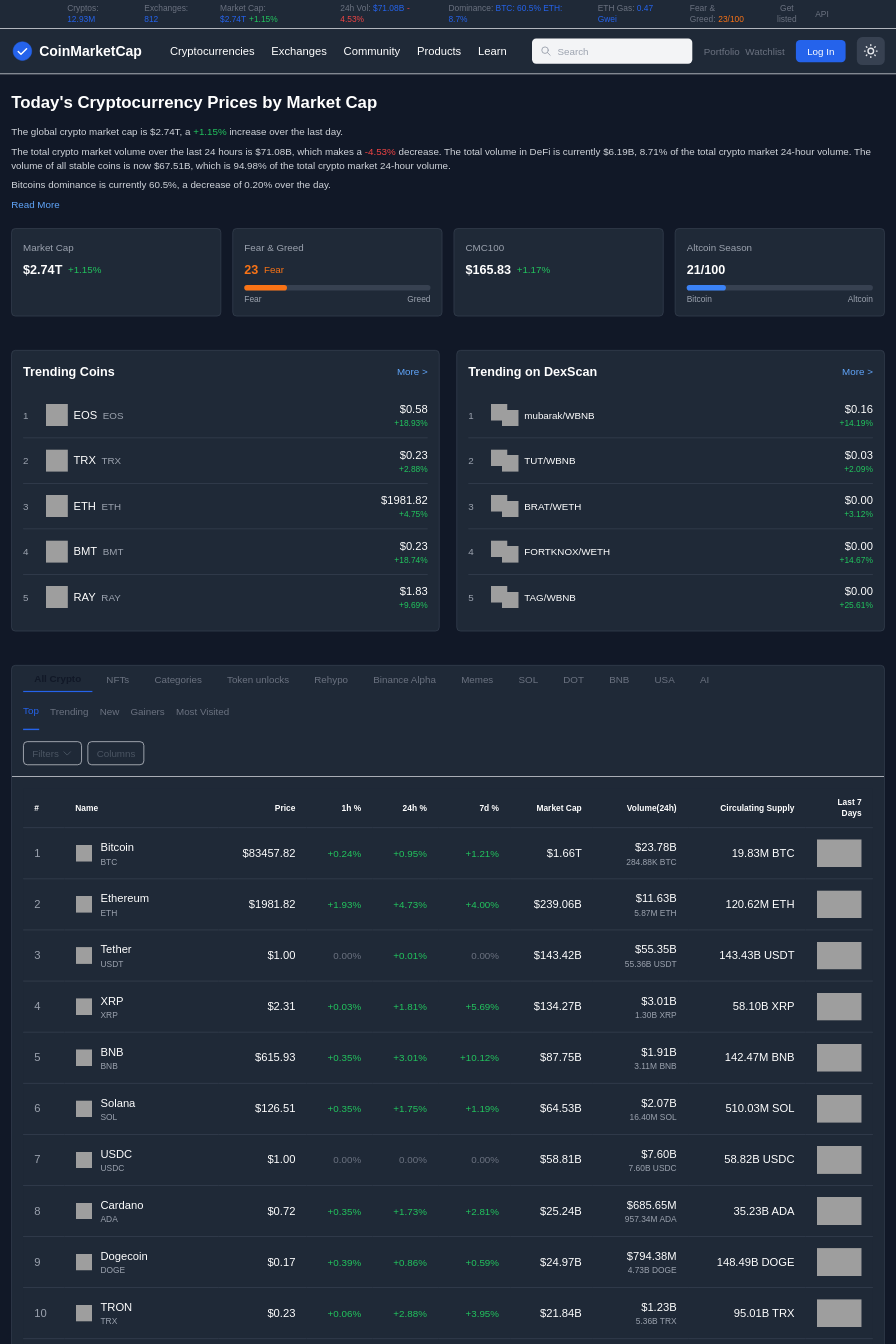
Repository: halilhaninan/testcmc
Page: /
These files come from the project's save history. The page is drawn as it stood at one moment and after the next save; the edit follows.
The browser window is 1280 px wide. The pictures show the part of the page from y = 0 to 1920 px (the page is 2883 px tall), at 70% of full size.
Pictures or frames that could not be fetched are drawn as grey boxes. The project was rebuilt for these pictures with package versions that can differ from the ones it lists, and the page was loaded fresh each time. Also part of the build but not shown: vite.config.ts.

Above is the page before, as saved 2025-04-07 20:43:31.

After the next save:
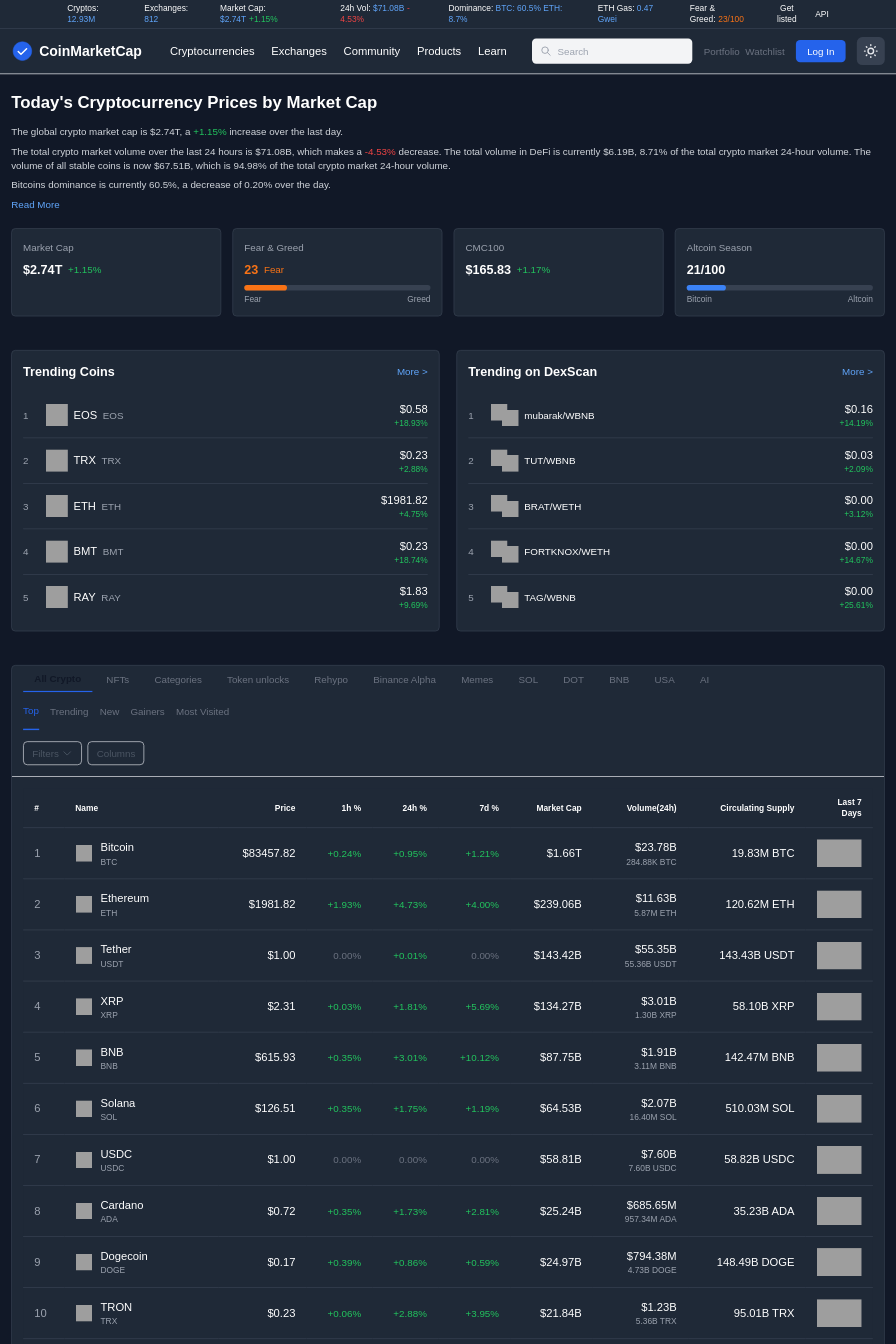
Saved 24 s later.
--- a/src/components/layout/Header.tsx
+++ b/src/components/layout/Header.tsx
@@ -8,18 +8,18 @@
   return (
     <header className="w-full border-b border-gray-200 bg-white shadow-sm transition-colors duration-200 dark:bg-gray-800">
       {/* Top Bar with Stats */}
-      <div className="hidden border-b border-gray-100 px-4 py-1 text-xs text-gray-500 md:block">
+      <div className="hidden border-b border-gray-100 px-4 py-1 text-xs text-gray-500 dark:border-gray-700 dark:text-white md:block">
         <div className="container mx-auto flex items-center justify-between">
           <div className="flex space-x-6">
             <div>
-              Cryptos: <span className="text-blue-600">12.93M</span>
-            </div>
-            <div>
-              Exchanges: <span className="text-blue-600">812</span>
+              Cryptos: <span className="text-blue-600 dark:text-blue-400">12.93M</span>
+            </div>
+            <div>
+              Exchanges: <span className="text-blue-600 dark:text-blue-400">812</span>
             </div>
             <div>
               Market Cap:{" "}
-              <span className="text-blue-600">
+              <span className="text-blue-600 dark:text-blue-400">
                 ${(globalStats.totalMarketCap / 1e12).toFixed(2)}T
               </span>
               <span
@@ -31,7 +31,7 @@
             </div>
             <div>
               24h Vol:{" "}
-              <span className="text-blue-600">
+              <span className="text-blue-600 dark:text-blue-400">
                 ${(globalStats.total24hVolume / 1e9).toFixed(2)}B
               </span>
               <span
@@ -43,12 +43,12 @@
             </div>
             <div>
               Dominance:{" "}
-              <span className="text-blue-600">
+              <span className="text-blue-600 dark:text-blue-400">
                 BTC: {globalStats.btcDominance}% ETH: {globalStats.ethDominance}%
               </span>
             </div>
             <div>
-              ETH Gas: <span className="text-blue-600">0.47 Gwei</span>
+              ETH Gas: <span className="text-blue-600 dark:text-blue-400">0.47 Gwei</span>
             </div>
             <div>
               Fear & Greed:
@@ -56,8 +56,12 @@
             </div>
           </div>
           <div className="flex items-center space-x-4">
-            <button className="transition-colors hover:text-blue-600">Get listed</button>
-            <button className="transition-colors hover:text-blue-600">API</button>
+            <button className="transition-colors hover:text-blue-600 dark:text-white dark:hover:text-blue-400">
+              Get listed
+            </button>
+            <button className="transition-colors hover:text-blue-600 dark:text-white dark:hover:text-blue-400">
+              API
+            </button>
           </div>
         </div>
       </div>
